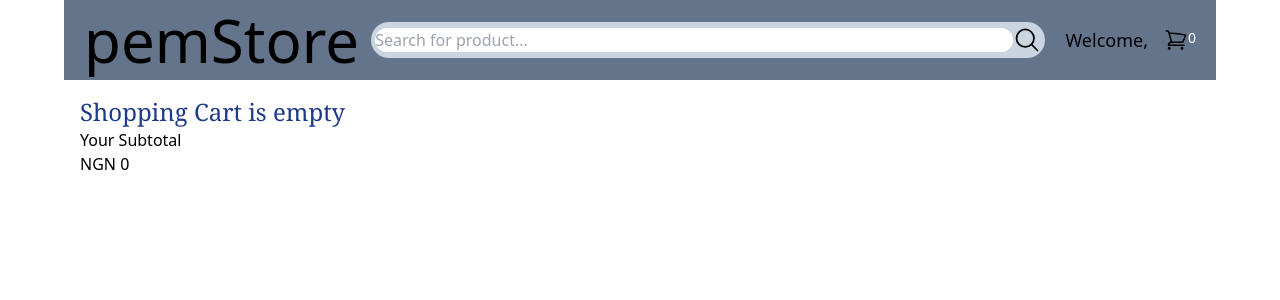
Repository: Semanmernstack/pemstore
Page: /checkout
These files come from the project's save history. The page is drawn as it stood at one moment and after the next save; the edit follows.
The browser window is 1280 px wide. The pictures show the whole page.
The page's requests for data from a server got no answer. The project was rebuilt for these pictures with package versions that can differ from the ones it lists, and the page was loaded fresh each time. The framework's server and built-in components were replaced by stand-ins that run in the browser. No one was signed in, and anything a server would have sent is missing. Also part of the build but not shown: next.config.js, components/CheckoutProduct.js.

Above is the page before, as saved 2022-11-06 04:49:19.

After the next save:
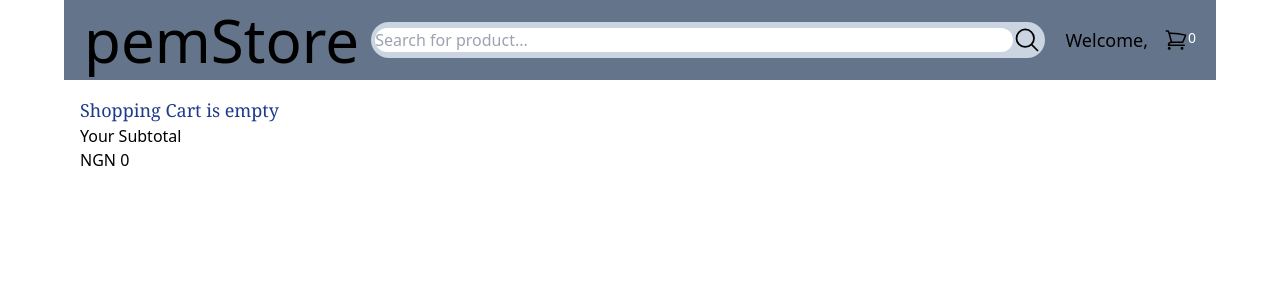
Saved 38 s later.
--- a/pages/checkout.js
+++ b/pages/checkout.js
@@ -12,7 +12,7 @@
     <div  className=" mx-auto max-w-6xl "  >
         <Header />
         <div className="h-20 p-4">
-        <div className="flex items-center text-2xl font-serif text-blue-900 space-x-4 ">
+        <div className="flex items-center text-lg font-serif text-blue-900 space-x-4 ">
             <h1>{items.length === 0 ? "Shopping Cart is empty"  : "This is your pemStore Shopping Cart" }   </h1>
             <p>{session?.user.name}</p>
         </div>

After the save that followed:
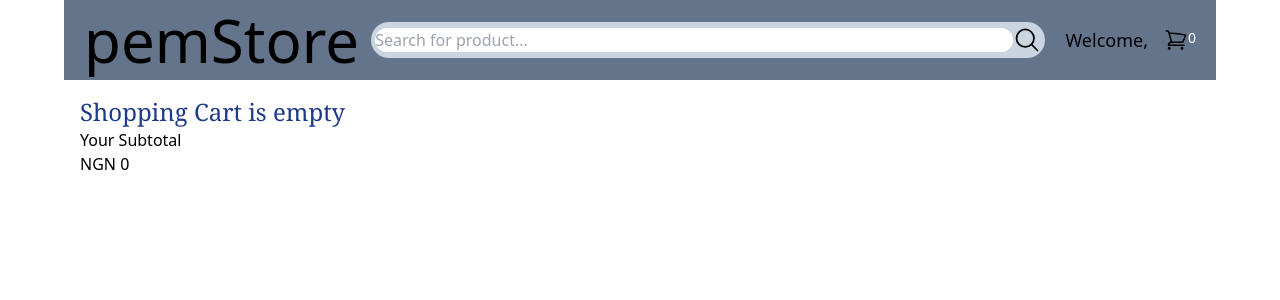
Saved 78 s later.
--- a/pages/checkout.js
+++ b/pages/checkout.js
@@ -12,7 +12,7 @@
     <div  className=" mx-auto max-w-6xl "  >
         <Header />
         <div className="h-20 p-4">
-        <div className="flex items-center text-lg font-serif text-blue-900 space-x-4 ">
+        <div className="flex items-center text-lg md:text-xl lg:text-2xl font-serif text-blue-900 space-x-4 ">
             <h1>{items.length === 0 ? "Shopping Cart is empty"  : "This is your pemStore Shopping Cart" }   </h1>
             <p>{session?.user.name}</p>
         </div>
